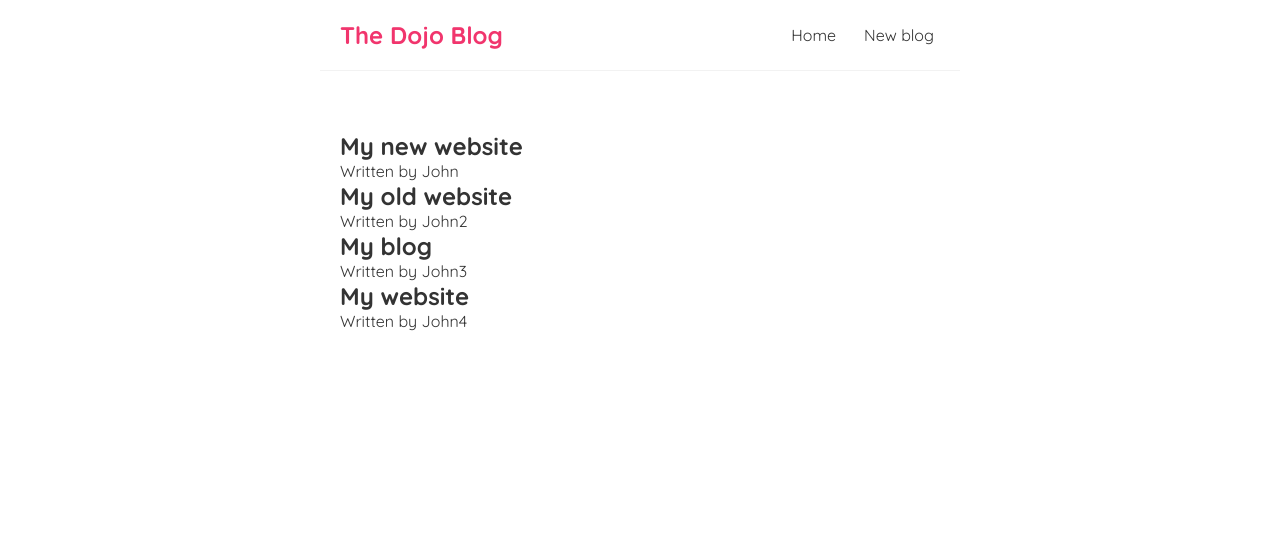
Repository: Samkiroko/full-reacr-ninja
Page: /blogs/1
The author's editor kept a copy of each file at every save. The page is drawn from the files as they stood at one save, then again after the next save.
The browser window is 1280 px wide. The pictures show the whole page.
The project was rebuilt for these pictures with package versions that can differ from the ones it lists, and the page was loaded fresh each time.

Above is the page before, as saved 2021-07-19 18:17:52.

After the next save:
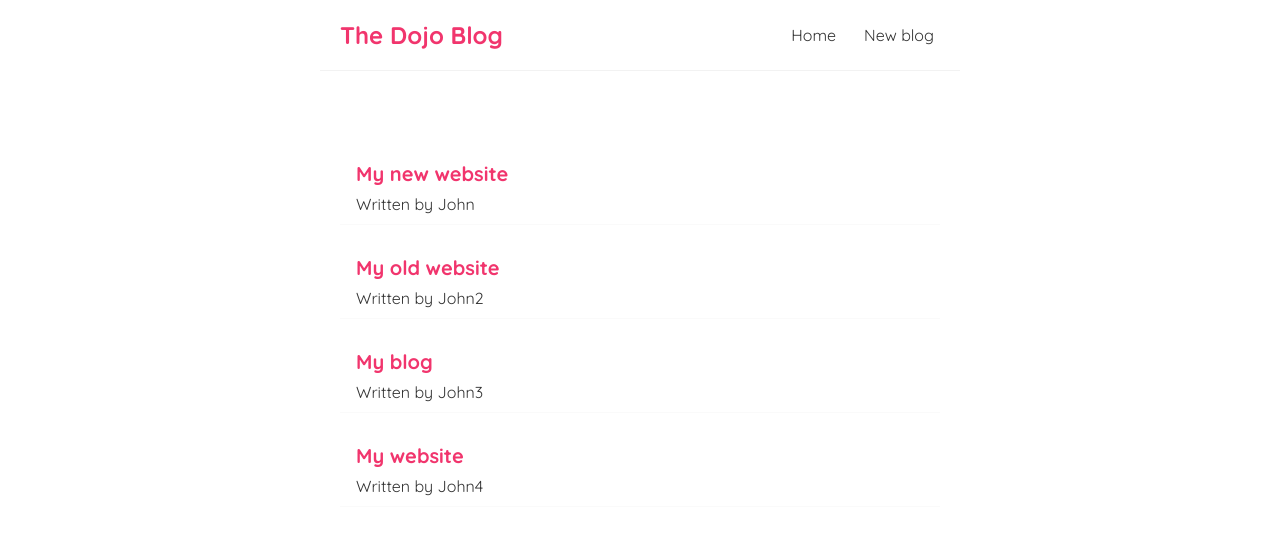
Saved 118 s later.
--- a/src/index.css
+++ b/src/index.css
@@ -40,3 +40,22 @@
     margin: 40px auto;
     padding: 20px;
 }
+
+
+/* blog previews / list */
+
+.blog-preview {
+    padding: 10px 16px;
+    margin: 20px 0;
+    border-bottom: 1px solid #fafafa;
+}
+
+.blog-preview:hover {
+    box-shadow: 1px 3px 5px rgba(0, 0, 0, 0.1);
+}
+
+.blog-preview h2 {
+    font-size: 20px;
+    color: #f1356d;
+    margin-bottom: 8px;
+}
